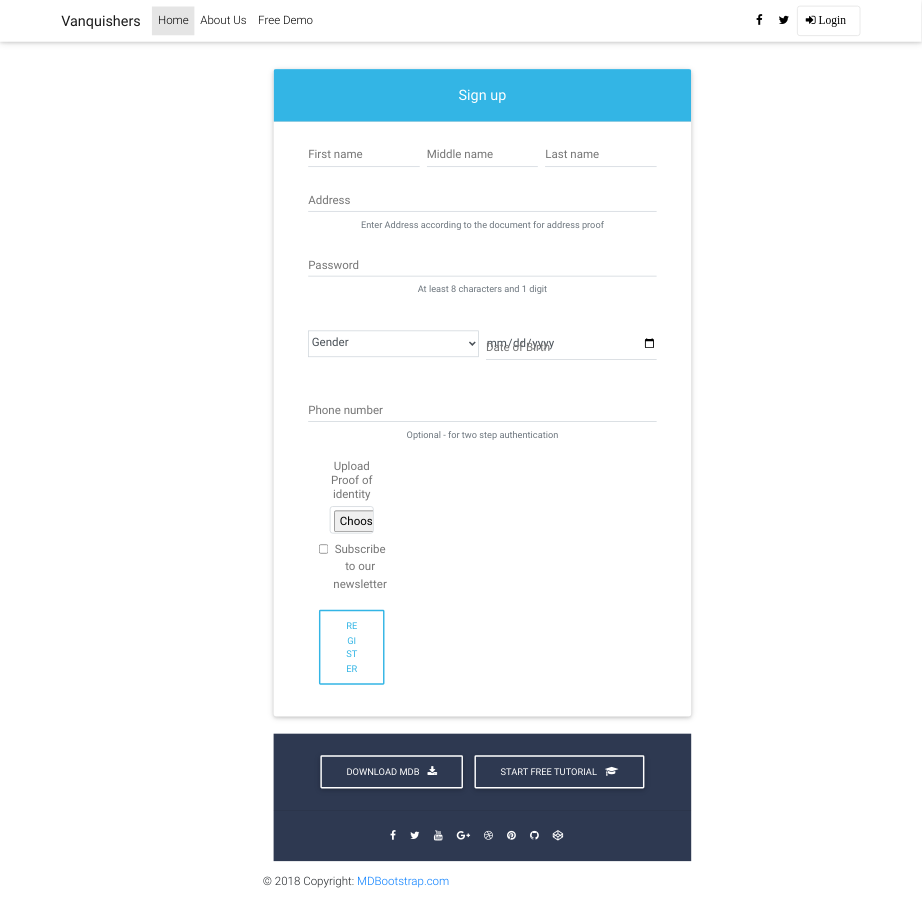
Repository: KJSCEhack/KJSCE_Vanquishers
Page: http://localhost/demo.php
An editor plug-in stored every save of this project. The page is shown before and after the next save, followed by the edit.
The browser window is 1280 px wide. The pictures show the whole page, at 72% of full size.
The page is run by PHP 8.4 with error messages shown; the project is at /var/www/html/.

Above is the page before, as saved 2018-10-06 10:24:32.
Console error: TypeError: $(...).material_select is not a function

After the next save:
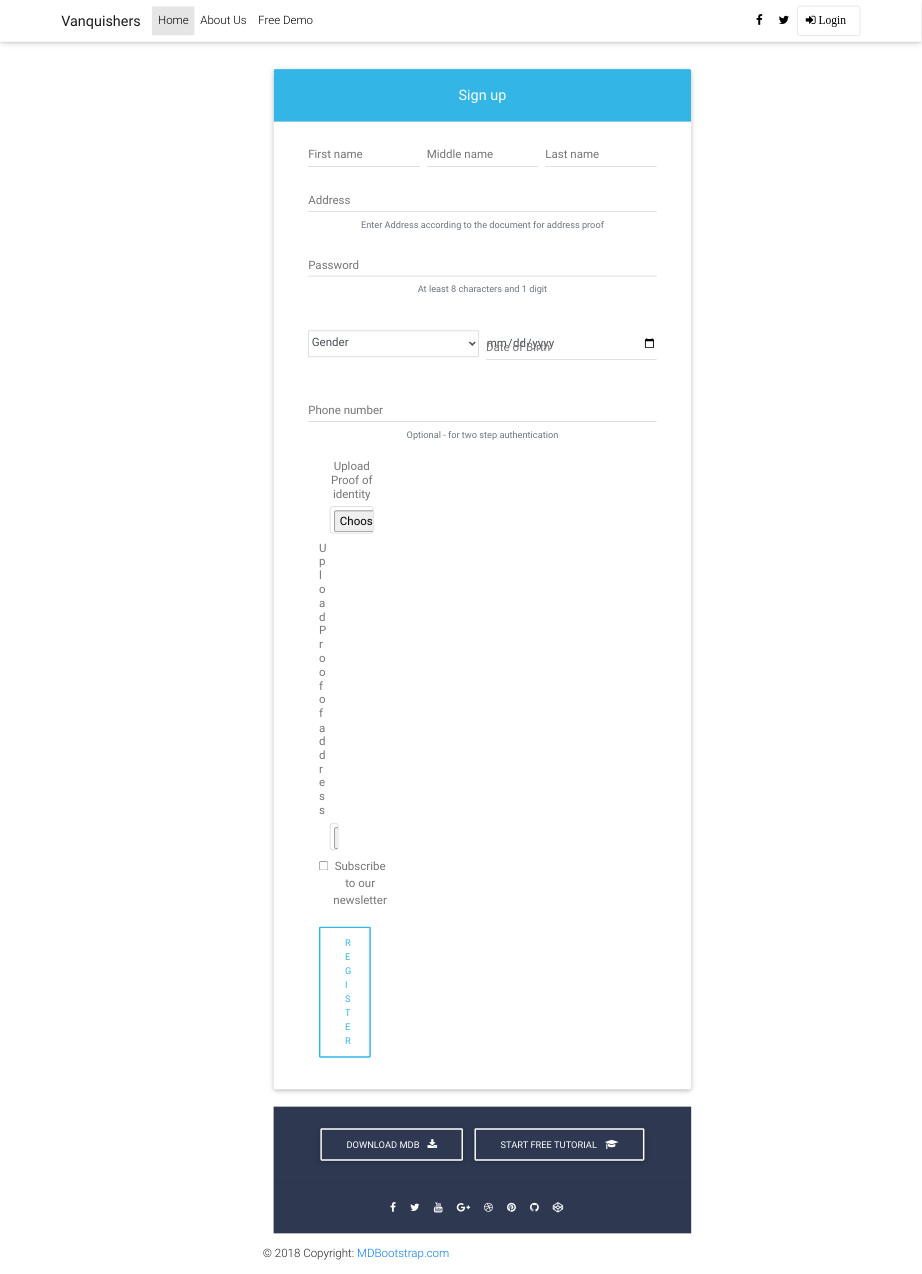
Saved 33 s later.
--- a/demo.php
+++ b/demo.php
@@ -201,6 +201,23 @@ mysqli_close($conn);
                         <br><br>
 
                         </div>
+
+                        <div class="row">
+                    <!-- left column -->
+                    <div class="col-md-3">
+                        <div class="text-center">
+
+                        <h6>Upload Proof of address</h6>
+
+
+                        <div class="col-md-12">
+                        <input type="file" class="form-control"  name="poa" class="col-md-8" style="float:left; padding:5px;/">
+                        <br><br>
+
+                        </div>
+                        </div>
+
+
 
 
 
